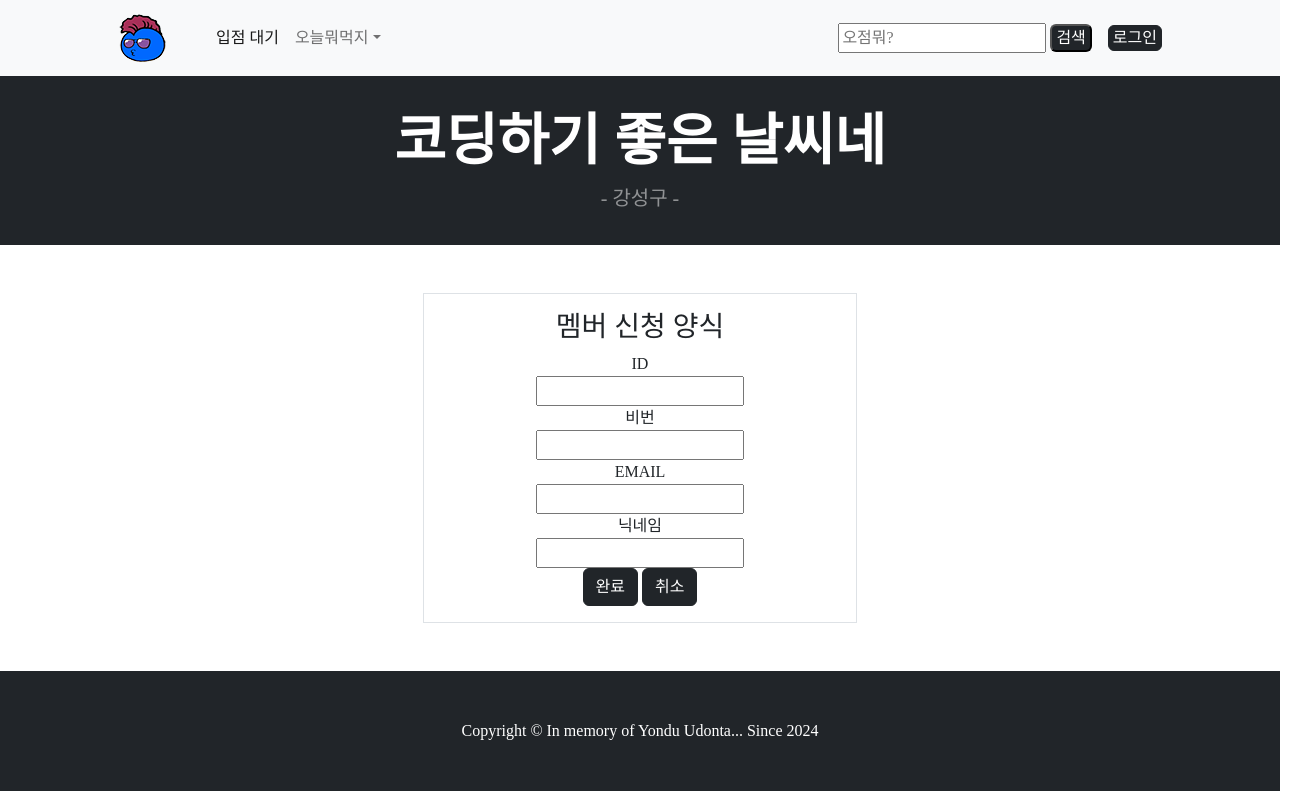
Repository: ashwan94/ydzone
Page: http://localhost/YonduZone/signUp
An editor plug-in stored every save of this project. The page is shown before and after a run of saves, followed by the edit.
The browser window is 1280 px wide. The page is 1292 px wide, so the pictures cover 1292 px, including what lies to the right of the window. The pictures show the whole page.
Some web fonts or font styles are not loaded; a fallback is used. The page is served by Tomcat 9. Other server files are loaded and not shown.

Above is the page before, as saved 2024-05-01 11:44:48.

### YonduZone/src/main/webapp/WEB-INF/views/common/signUp.jsp
<%@ page language="java" contentType="text/html; charset=UTF-8"
	pageEncoding="UTF-8"%>
<jsp:include page="/WEB-INF/views/common/header.jsp">
	<jsp:param value="회원가입" name="title" />
	<jsp:param value="코딩하기 좋은 날씨네" name="center" />
	<jsp:param value="- 강성구 -" name="content" />
</jsp:include>
<style>
	label{
		display:block;
	}
</style>

<div class="row my-5">
	<div class="col-4"></div>
	<div class="col-4 border py-3 text-center">
		<form action="/signUp" method="post" id="signUpForm">
		<h3>멤버 신청 양식</h3>
		<label>
			<div>ID</div>
			<input type="text" name="id">
		</label>
		<label>
			<div>비번</div>
			<input type="password" name="pw">
		</label>
		<label>
			<div>EMAIL</div>
			<input type="email" name="email">
		</label>
		<label>
			<div>닉네임</div>
			<input type="text" name="nickName">
		</label>
		<input type="hidden" value="${msg }" id="msg">
		<div class="text-center">
			<button type="submit" id="submitBtn" class="btn btn-dark">완료</button>
			<button type="button" id="backBtn" class="btn btn-dark">취소</button>
		</div>
		</form>
	</div>
	<div class="col-4"></div>
</div>

<script src="https://cdn.jsdelivr.net/npm/bootstrap@5.3.3/dist/js/bootstrap.bundle.min.js"></script>
<script src="/Bootstrap/js/scripts.js"></script>

<script>
	const msgEl = document.querySelector("#msg");
	if(msgEl.value != ""){
		alert(msgEl.value);
	}

	const submitBtn = document.querySelector("#submitBtn");
	const backBtn = document.querySelector("#backBtn");

	submitBtn.addEventListener("click", function(e) {
		e.preventDefault();

		const idEl = document.querySelector("[name='id']");
		const pwEl = document.querySelector("[name='pw']");
		const emailEl = document.querySelector("[name='email']");
		const nickNameEl = document.querySelector("[name='nickName']");

		if(idEl.value == "" || pwEl.value == "" || emailEl.value == "" || nickNameEl.value == "") {
			alert("누락된 정보가 있습니다.");
		}else{
			const form = document.querySelector("#signUpForm");
			form.submit();
		}
	})

	backBtn.addEventListener("click", function() {
		history.back();
	});
</script>
<jsp:include page="/WEB-INF/views/common/footer.jsp"/>

### YonduZone/src/main/webapp/WEB-INF/views/common/header.jsp
<%@ page language="java" contentType="text/html; charset=UTF-8"
	pageEncoding="UTF-8"%>
<%@ taglib prefix="c" uri="http://java.sun.com/jsp/jstl/core"%>
<!DOCTYPE html>
<html lang="en">
<head>
<meta charset="UTF-8">
<meta name="viewport"
	content="width=device-width, initial-scale=1, shrink-to-fit=no" />
<meta name="description" content="" />
<meta name="author" content="" />
<!-- Favicon-->
<link rel="icon" type="image/x-icon" href="assets/favicon.ico" />
<!-- Bootstrap icons-->
<link
	href="https://cdn.jsdelivr.net/npm/bootstrap-icons@1.5.0/font/bootstrap-icons.css"
	rel="stylesheet" />
<!-- Core theme CSS (includes Bootstrap)-->
<link href="/Bootstrap/css/styles.css" rel="stylesheet" />
<title>${param.title }</title>
<style>
	a{
		text-decoration:none;
		color:black;
	}
	a:hover{
		color:rgb(57, 151, 255);
	}

	@font-face {
    font-family: 'SUIT-Regular';
    src: url('https://cdn.jsdelivr.net/gh/projectnoonnu/noonfonts_suit@1.0/SUIT-Regular.woff2') format('woff2');
    font-weight: normal;
    font-style: normal;
	}

	* {
		font-family: 'SUIT-Regular';
	}
</style>

</head>
<body>
	<header>
		<nav class="navbar navbar-expand-lg navbar-light bg-light">
			<div class="container px-4 px-lg-5">
				<a class="navbar-brand" href="/main"><img src="${pageContext.request.contextPath }/Source/header/logo/main_logo.png" alt="Welcome to YouduZone!"></a>
				<button class="navbar-toggler" type="button" data-bs-toggle="collapse" data-bs-target="#navbarSupportedContent" aria-controls="navbarSupportedContent" aria-expanded="false" aria-label="Toggle navigation">
					<span class="navbar-toggler-icon"></span>
				</button>
				<div class="collapse navbar-collapse" id="navbarSupportedContent">
					<ul class="navbar-nav me-auto mb-2 mb-lg-0 ms-lg-4">
						<li class="nav-item">
							<a class="nav-link active" aria-current="page" href="/restaurant/stanby?userNo=${sessionScope.user.no }" data-value="${sessionScope.user.no }" id="stanbyRestaurant">입점 대기</a>
						</li>
						<li class="nav-item dropdown">
                            <a class="nav-link dropdown-toggle" id="navbarDropdown" href="#" role="button" data-bs-toggle="dropdown" aria-expanded="false">오늘뭐먹지</a>
                            <ul class="dropdown-menu text-center" aria-labelledby="navbarDropdown">
                                <li><a class="dropdown-item" href="/restaurant/category?category=밥">밥</a></li>
                                <li><a class="dropdown-item" href="/restaurant/category?category=국/찌개">국/찌개</a></li>
                                <li><a class="dropdown-item" href="/restaurant/category?category=면/분식">면/분식</a></li>
                                <li><a class="dropdown-item" href="/restaurant/category?category=야식">야식</a></li>
                            </ul>
                        </li>
					</ul>

					<form action="/restaurant/search" method="get" class="d-flex">
						<label>
							<input type="text" name="searchWord" placeholder="오점뭐?" id="searchBar">
							<button type="submit" class="badge bg-dark text-white fs-6 rounded-25 p-1 fw-normal me-3">검색</button>
						</label>
					</form>
					<c:choose>
						<c:when test="${not empty sessionScope.user }">
							<a href="/restaurant/add" class="badge d-flex bg-dark text-white mx-2 p-1 rounded-25 fs-6 fw-normal">밥집 추가</a>
							<a href="/user/view"><span class="badge bg-dark text-white p-1 rounded-25 fs-6 fw-normal me-2">${sessionScope.user.nickName } 님</span></a>
							<form action="/logout" method="get">
								<button type="submit" class="d-flex badge bg-dark text-white p-1 rounded-25 fs-6 fw-normal">로그아웃</button>
							</form>
						</c:when>
						<c:otherwise>
							<form action="/login" method="get" class="d-flex">
								<button type="submit" class="badge btn btn-outline-dark bg-dark text-white p-1 rounded-25 fs-6 fw-normal">로그인</button>
							</form>
							<input type="hidden" id="loginCheck" value="${empty sessionScope.user }">
						</c:otherwise>
					</c:choose>
				</div>
			</div>
		</nav>
		<div class="container-fluid bg-dark p-3">
			<div class="text-center text-white my-3">
				<h1 class="display-4 fw-bolder">${param.center }</h1>
				<p class="lead fw-normal text-white-50 mb-0">${param.content }</p>
			</div>
		</div>
	</header>

### YonduZone/src/main/webapp/WEB-INF/views/common/footer.jsp
<%@ page language="java" contentType="text/html; charset=UTF-8"
	pageEncoding="UTF-8"%>
<footer class="py-5 bg-dark">
<div class="container">
	<p class="m-0 text-center text-white">Copyright &copy; In memory of Yondu Udonta... Since 2024</p>
</div>
</footer>
<!-- Bootstrap core JS-->
<script src="https://cdn.jsdelivr.net/npm/bootstrap@5.3.3/dist/js/bootstrap.bundle.min.js"></script>
<!-- Core theme JS-->
<script src="/Bootstrap/js/scripts.js"></script>
<script>
	const priceEl = document.querySelectorAll(".price");

	priceEl.forEach(el => {
		if(el == null) {
			console.log("There are no any price elements");
		} else{
			el.innerText = parseInt(el.innerText).toLocaleString() + "원";
		}
	})

	/* const searchBar = document.querySelector("#searchBar");
	searchBar.select(); */

	const loginCheck = document.querySelector("#loginCheck");
	const stanbyRestaurant = document.querySelector("#stanbyRestaurant");

	stanbyRestaurant.addEventListener("click", function(e) {
		e.preventDefault();

		if(loginCheck) {
			alert("로그인 이후 이용 가능합니다.");
			location.href = "/login";
		}else{
			location.href = "/restaurant/stanby?userNo=" + stanbyRestaurant.getAttribute("data-value");
		}
	})
</script>
</body>
</html>

### YonduZone/src/main/java/common/SignUpServlet.java
package common;

import java.io.IOException;
import java.net.URLEncoder;

import javax.servlet.ServletContext;
import javax.servlet.ServletException;
import javax.servlet.annotation.WebServlet;
import javax.servlet.http.HttpServlet;
import javax.servlet.http.HttpServletRequest;
import javax.servlet.http.HttpServletResponse;

import org.apache.ibatis.session.SqlSession;

import user.UserService;
import user.UserVO;

/**
 * Servlet implementation class SignUpServlet
 */
@WebServlet("/signUp")
public class SignUpServlet extends HttpServlet {
	private UserService service;

	@Override
		public void init() throws ServletException {
			ServletContext servletContext = getServletContext();
			SqlSession session = (SqlSession) servletContext.getAttribute("sqlSession");
			this.service = new UserService(session);
		}

	protected void doGet(HttpServletRequest request, HttpServletResponse response) throws ServletException, IOException {
		request.getRequestDispatcher("/WEB-INF/views/common/signUp.jsp").forward(request, response);
	}

	protected void doPost(HttpServletRequest request, HttpServletResponse response) throws ServletException, IOException {
		String id = request.getParameter("id");
		String pw = request.getParameter("pw");
		String email = request.getParameter("email");
		String nickName = request.getParameter("nickName");

		UserVO checkUser = service.getUser(new UserVO(id, pw));

		if(checkUser == null) {
			int insertUser = service.insertUser(new UserVO(id, pw, email, nickName));

			if(insertUser > 0) {
				String msg = URLEncoder.encode("회원가입이 완료되었습니다!", "UTF-8");
				response.sendRedirect("/login?msg=" + msg);
			}

		}else {
			request.setAttribute("msg", "이미 존재하는 계정입니다.");
			request.getRequestDispatcher("/WEB-INF/views/common/signUp.jsp").forward(request, response);
		}


	}

}

Loaded but not shown: YonduZone/src/main/webapp/Bootstrap/css/styles.css (library); YonduZone/src/main/webapp/Bootstrap/js/scripts.js (common file)

After the next 2 saves:
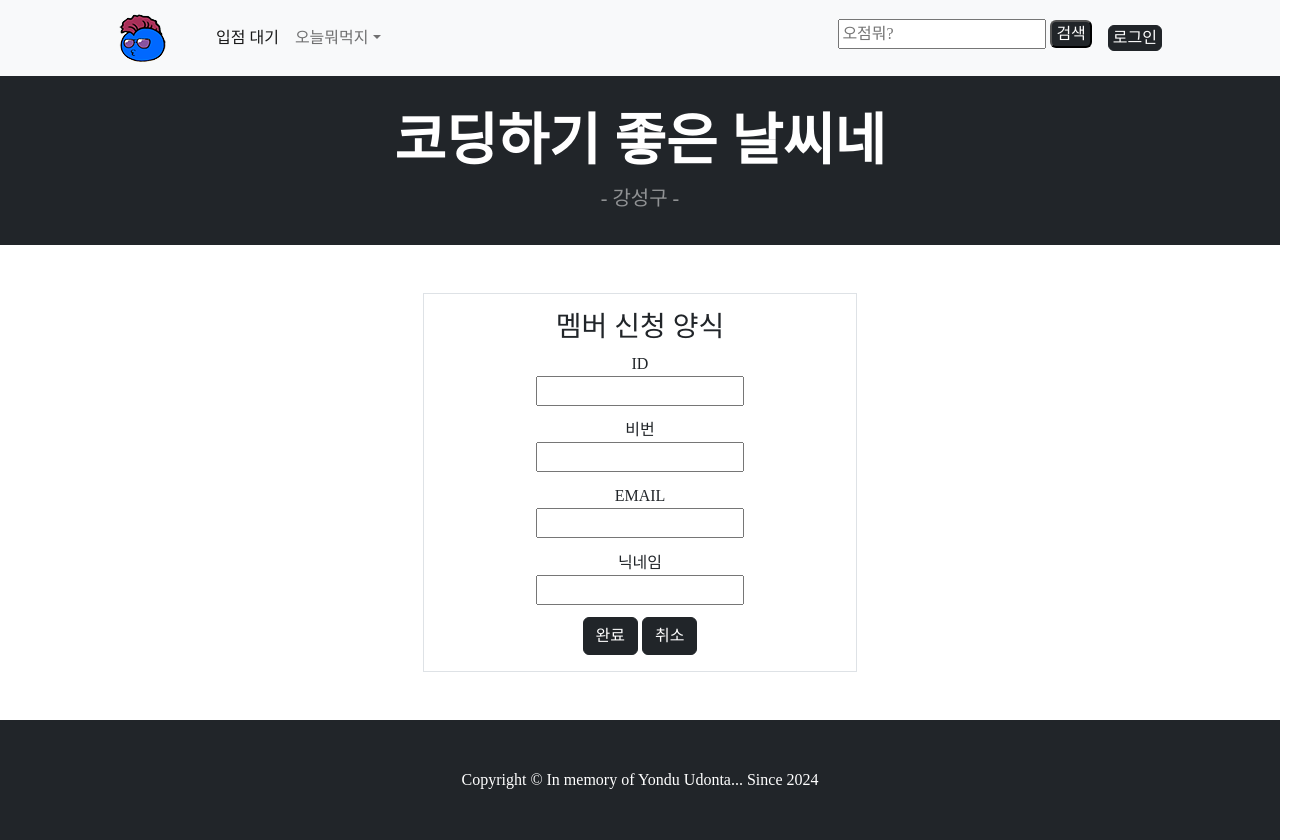
The 2 saves are shown as one change because they came seconds apart.
The last was saved 21 s later.
--- a/YonduZone/src/main/webapp/WEB-INF/views/common/signUp.jsp
+++ b/YonduZone/src/main/webapp/WEB-INF/views/common/signUp.jsp
@@ -8,6 +8,7 @@
 <style>
 	label{
 		display:block;
+		margin-bottom:3%;
 	}
 </style>
 
